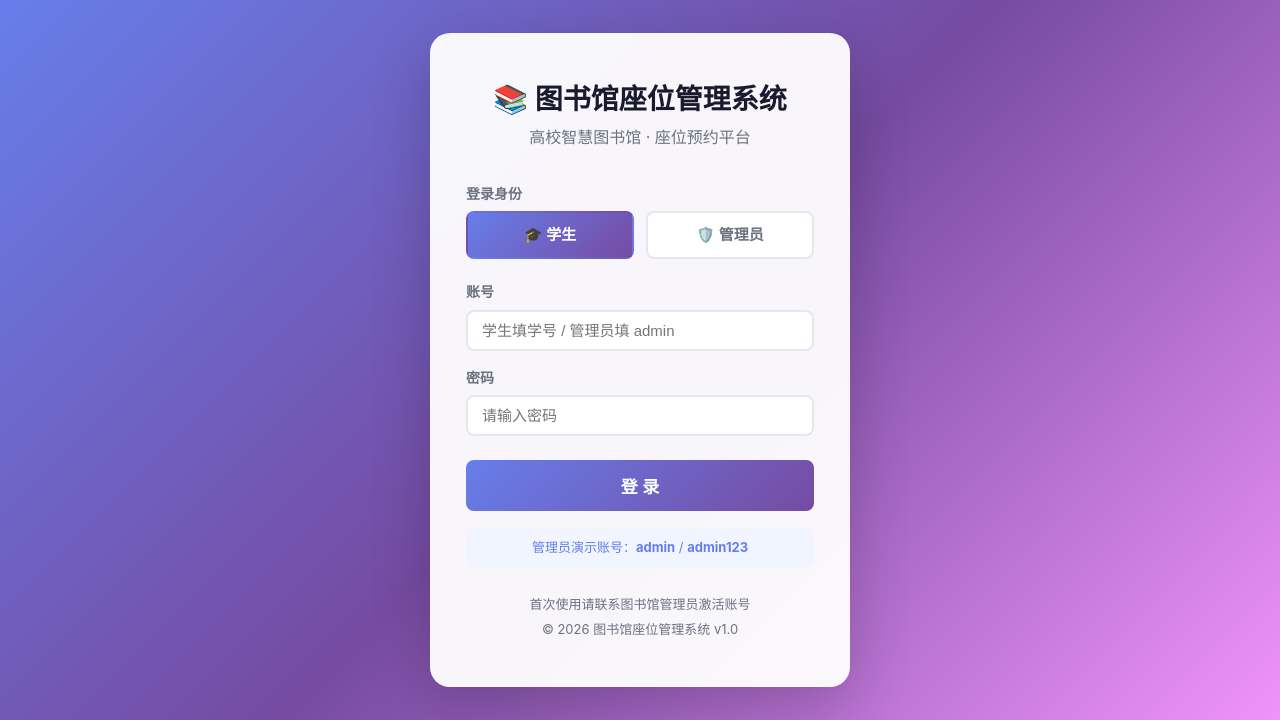
Repository: kinyono/library_seat_system
Page: index.html
An editor plug-in stored every save of this project. The page is shown before and after the next save, followed by the edit.
The browser window is 1280 px wide. The pictures show the whole page.

Above is the page before, as saved 2026-09-15 23:44:58.

### index.html
<!DOCTYPE html>
<html lang="zh-CN">
<head>
    <meta charset="UTF-8">
    <meta name="viewport" content="width=device-width, initial-scale=1.0">
    <title>图书馆座位管理系统 - 登录</title>
    <link rel="stylesheet" href="css/style.css">
    <link rel="stylesheet" href="css/login.css">
</head>
<body>
    <div class="login-container">
        <div class="login-card">
            <h1>📚 图书馆座位管理系统</h1>
            <p class="subtitle">高校智慧图书馆 · 座位预约平台</p>
            <form id="loginForm">
                <!-- 角色选择 -->
                <div class="form-group">
                    <label>登录身份</label>
                    <div class="role-switch">
                        <label class="role-option">
                            <input type="radio" name="role" value="student" checked>
                            <span>🎓 学生</span>
                        </label>
                        <label class="role-option">
                            <input type="radio" name="role" value="admin">
                            <span>🛡️ 管理员</span>
                        </label>
                    </div>
                </div>

                <div class="form-group">
                    <label for="studentId">账号</label>
                    <input type="text" id="studentId" class="form-control" placeholder="学生填学号 / 管理员填 admin" required>
                </div>
                <div class="form-group">
                    <label for="password">密码</label>
                    <input type="password" id="password" class="form-control" placeholder="请输入密码" required>
                </div>
                <button type="submit" class="btn-login">登 录</button>
                <p class="login-tip">管理员演示账号：<b>admin</b> / <b>admin123</b></p>
            </form>
            <div class="footer-info">
                <p>首次使用请联系图书馆管理员激活账号</p>
                <p>© 2026 图书馆座位管理系统 v1.0</p>
            </div>
        </div>
    </div>
    <script src="js/app.js"></script>
</body>
</html>

### css/style.css
/* ===== Design Tokens ===== */
:root {
    --primary: #667eea;
    --secondary: #764ba2;
    --accent: #f093fb;
    --bg-light: #f0f2f5;
    --bg-white: #ffffff;
    --text-primary: #1a1a2e;
    --text-secondary: #6b7280;
    --border-color: #e5e7eb;
    --success: #22c55e;
    --warning: #f59e0b;
    --danger: #ef4444;
    --info: #3b82f6;
    --radius-sm: 8px;
    --radius-md: 12px;
    --radius-lg: 20px;
    --shadow-sm: 0 2px 8px rgba(0,0,0,0.06);
    --shadow-md: 0 8px 30px rgba(0,0,0,0.12);
    --shadow-lg: 0 20px 60px rgba(0,0,0,0.2);
    --transition: all 0.3s ease;
}

* {
    margin: 0;
    padding: 0;
    box-sizing: border-box;
}

body {
    font-family: -apple-system, BlinkMacSystemFont, 'Segoe UI', Roboto, 'Helvetica Neue', Arial, sans-serif;
    background: var(--bg-light);
    color: var(--text-primary);
    line-height: 1.6;
}

a {
    text-decoration: none;
    color: inherit;
}

/* ===== 通用按钮 ===== */
.btn {
    display: inline-block;
    padding: 8px 18px;
    border: none;
    border-radius: var(--radius-sm);
    cursor: pointer;
    font-size: 14px;
    font-weight: 500;
    transition: var(--transition);
    text-align: center;
}
.btn-primary {
    background: linear-gradient(135deg, var(--primary), var(--secondary));
    color: #fff;
}
.btn-primary:hover {
    transform: translateY(-2px);
    box-shadow: var(--shadow-md);
}
.btn-danger {
    background: var(--danger);
    color: #fff;
}
.btn-danger:hover {
    background: #dc2626;
}
.btn-success {
    background: var(--success);
    color: #fff;
}
.btn-success:hover {
    background: #16a34a;
}
.btn-warning {
    background: var(--warning);
    color: #fff;
}
.btn-warning:hover {
    background: #d97706;
}
.btn-info {
    background: var(--info);
    color: #fff;
}
.btn-info:hover {
    background: #2563eb;
}

/* ===== 表单 ===== */
.form-group {
    margin-bottom: 16px;
}
.form-group label {
    display: block;
    font-size: 14px;
    font-weight: 600;
    margin-bottom: 6px;
    color: var(--text-secondary);
}
.form-control {
    width: 100%;
    padding: 10px 14px;
    border: 2px solid var(--border-color);
    border-radius: var(--radius-sm);
    font-size: 15px;
    transition: var(--transition);
    outline: none;
    background: var(--bg-white);
}
.form-control:focus {
    border-color: var(--primary);
    box-shadow: 0 0 0 3px rgba(102,126,234,0.15);
}
select.form-control {
    appearance: auto;
}

### css/login.css
.login-container {
  min-height: 100vh;
  display: flex; align-items: center; justify-content: center;
  background: linear-gradient(135deg, #667eea 0%, #764ba2 50%, #f093fb 100%);
  padding: 20px;
}
.login-card {
  background: rgba(255,255,255,0.95);
  backdrop-filter: blur(10px);
  border-radius: var(--radius-lg);
  padding: 44px 36px;
  width: 420px; max-width: 100%;
  box-shadow: 0 20px 60px rgba(0,0,0,0.2);
  text-align: center;
}
.login-card h1 { font-size: 28px; margin-bottom: 4px; color: var(--text-primary); }
.login-card .subtitle { color: var(--text-secondary); margin-bottom: 32px; }
.login-card form { text-align: left; }
.login-card .btn-login {
  width: 100%; padding: 13px;
  background: linear-gradient(135deg, var(--primary), var(--secondary));
  color: #fff; border: none; border-radius: var(--radius-sm);
  font-size: 17px; font-weight: 700; cursor: pointer;
  transition: var(--transition); margin-top: 8px;
}
.login-card .btn-login:hover { transform: translateY(-3px); box-shadow: var(--shadow-md); }
.login-card .footer-info { margin-top: 26px; color: var(--text-secondary); font-size: 13px; }
.login-card .footer-info p { margin: 4px 0; }
/* ========== 角色切换 ========== */
.role-switch {
  display: flex;
  gap: 12px;
  margin-top: 4px;
}
.role-option {
  flex: 1;
  text-align: center;
  padding: 10px 0;
  border: 2px solid var(--border-color);
  border-radius: var(--radius-sm);
  cursor: pointer;
  transition: var(--transition);
  background: var(--bg-white);
}
.role-option input { display: none; }
.role-option span { font-weight: 600; font-size: 15px; }
.role-option:has(input:checked) {
  background: linear-gradient(135deg, var(--primary), var(--secondary));
  color: #fff;
  border-color: transparent;
}
.role-option:hover:not(:has(input:checked)) {
  border-color: var(--primary);
}

.login-tip {
  margin-top: 16px;
  padding: 10px;
  background: #f0f5ff;
  border-radius: var(--radius-sm);
  font-size: 13px;
  color: var(--primary);
  text-align: center;
}

### js/app.js
document.getElementById('loginForm').addEventListener('submit', function (e) {
  e.preventDefault();

  const role = document.querySelector('input[name="role"]:checked').value;
  const account = document.getElementById('studentId').value.trim();
  const password = document.getElementById('password').value.trim();

  if (!account || !password) {
    alert('请填写账号和密码');
    return;
  }

  // 管理员登录（硬编码演示）
  if (role === 'admin') {
    if (account === 'admin' && password === 'admin123') {
      const adminUser = {
        id: 0,
        name: '管理员',
        studentId: 'admin',
        credit: 100,
        banned: false,
        role: 'admin'
      };
      localStorage.setItem('currentUser', JSON.stringify(adminUser));
      window.location.href = 'admin.html';
    } else {
      alert('管理员账号或密码错误');
    }
    return;
  }

  // 学生登录
  let users = [];
  try { users = JSON.parse(localStorage.getItem('lib_users')) || []; } catch (_) { users = []; }
  let user = users.find(u => u.studentId === account);
  if (!user) {
    user = {
      id: Date.now(),
      name: '用户' + account.slice(-4),
      studentId: account,
      credit: 100,
      banned: false,
      role: 'student'
    };
    users.push(user);
    localStorage.setItem('lib_users', JSON.stringify(users));
  }
  if (user.banned) {
    alert('该账号已被封禁，请联系管理员');
    return;
  }

  localStorage.setItem('currentUser', JSON.stringify(user));
  window.location.href = 'pages/dashboard.html';
});

After the next save:
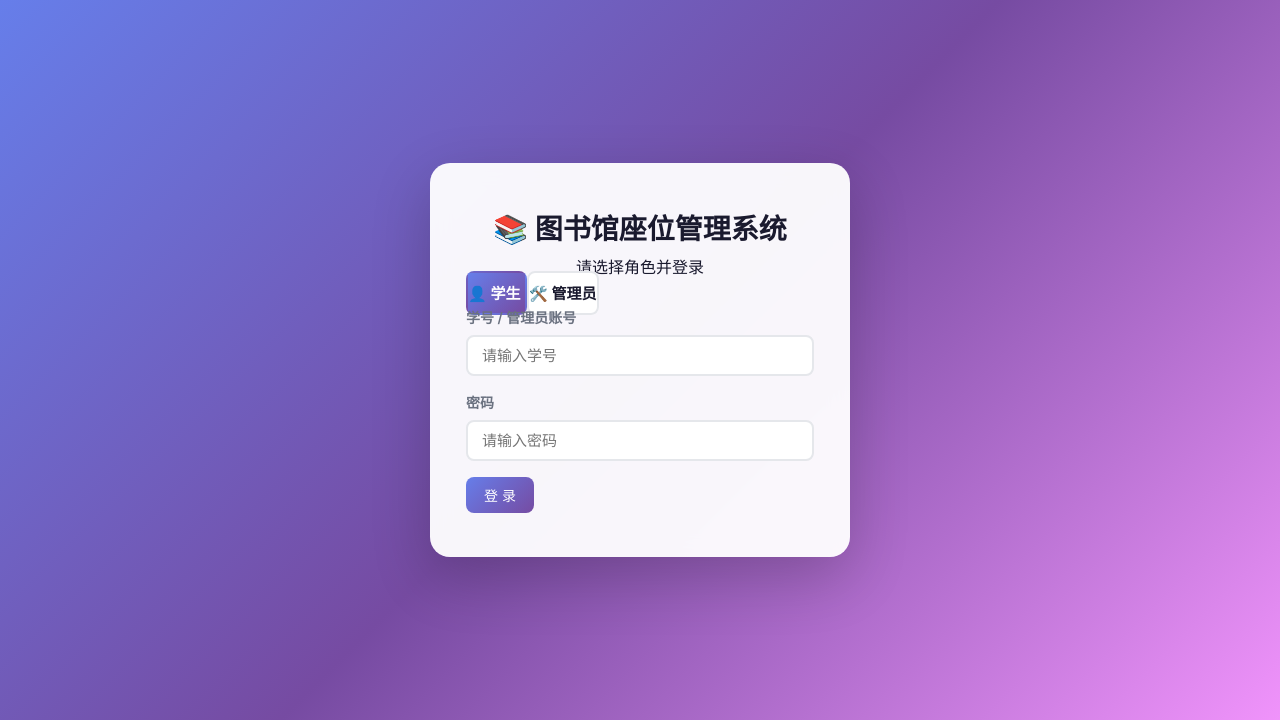
Saved 15 min 27 s later.
--- a/index.html
+++ b/index.html
@@ -10,39 +10,31 @@
 <body>
     <div class="login-container">
         <div class="login-card">
-            <h1>📚 图书馆座位管理系统</h1>
-            <p class="subtitle">高校智慧图书馆 · 座位预约平台</p>
+            <div class="login-header">
+                <h1>📚 图书馆座位管理系统</h1>
+                <p>请选择角色并登录</p>
+            </div>
             <form id="loginForm">
-                <!-- 角色选择 -->
+                <div class="role-selector">
+                    <label class="role-option">
+                        <input type="radio" name="role" value="student" checked>
+                        <span>👤 学生</span>
+                    </label>
+                    <label class="role-option">
+                        <input type="radio" name="role" value="admin">
+                        <span>🛠️ 管理员</span>
+                    </label>
+                </div>
                 <div class="form-group">
-                    <label>登录身份</label>
-                    <div class="role-switch">
-                        <label class="role-option">
-                            <input type="radio" name="role" value="student" checked>
-                            <span>🎓 学生</span>
-                        </label>
-                        <label class="role-option">
-                            <input type="radio" name="role" value="admin">
-                            <span>🛡️ 管理员</span>
-                        </label>
-                    </div>
-                </div>
-
-                <div class="form-group">
-                    <label for="studentId">账号</label>
-                    <input type="text" id="studentId" class="form-control" placeholder="学生填学号 / 管理员填 admin" required>
+                    <label for="studentId">学号 / 管理员账号</label>
+                    <input type="text" id="studentId" class="form-control" placeholder="请输入学号" required>
                 </div>
                 <div class="form-group">
                     <label for="password">密码</label>
                     <input type="password" id="password" class="form-control" placeholder="请输入密码" required>
                 </div>
-                <button type="submit" class="btn-login">登 录</button>
-                <p class="login-tip">管理员演示账号：<b>admin</b> / <b>admin123</b></p>
+                <button type="submit" class="btn btn-primary btn-block">登 录</button>
             </form>
-            <div class="footer-info">
-                <p>首次使用请联系图书馆管理员激活账号</p>
-                <p>© 2026 图书馆座位管理系统 v1.0</p>
-            </div>
         </div>
     </div>
     <script src="js/app.js"></script>
